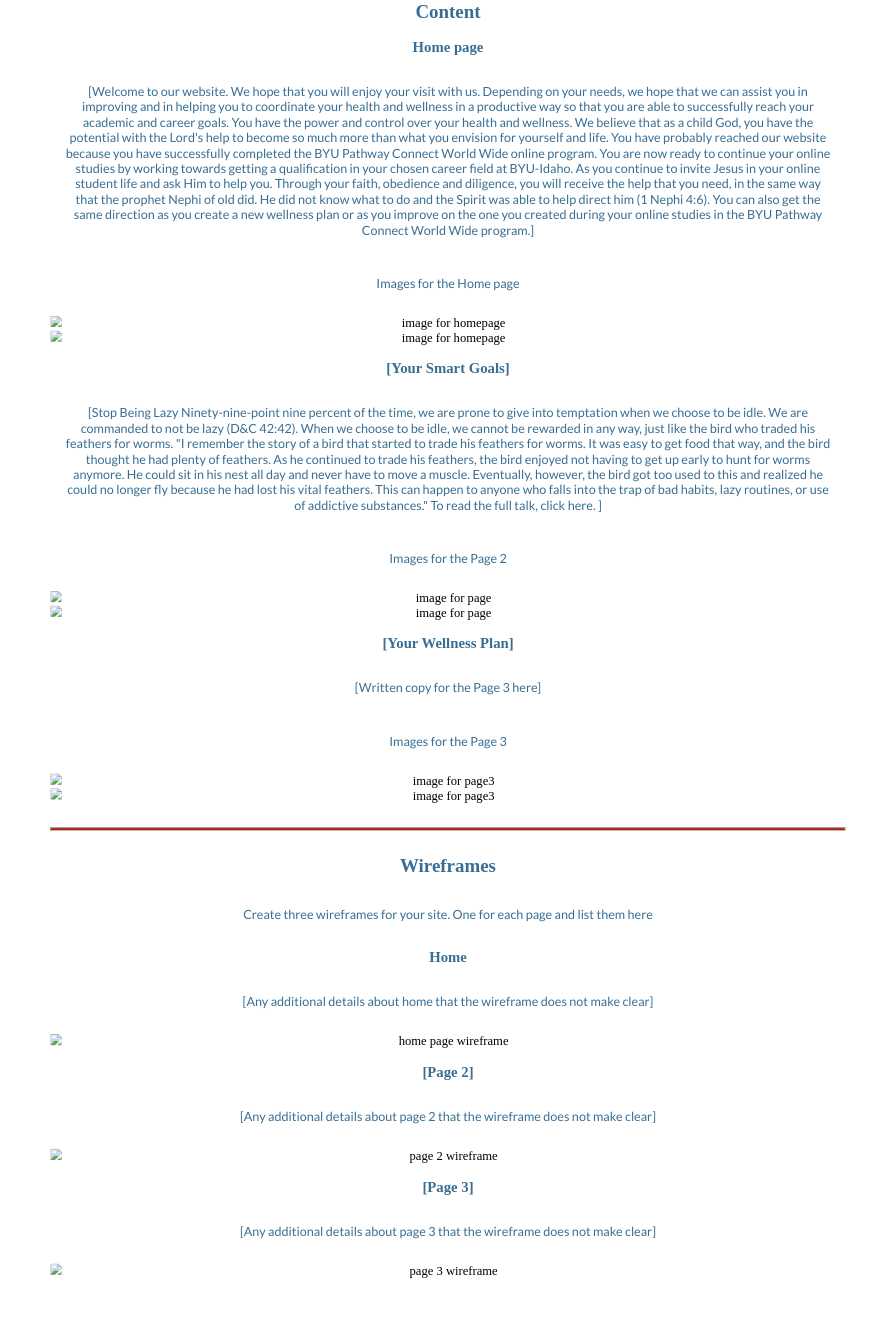
Repository: mszakutumela/wdd130
Page: wellness_plan/site-plan.html
These files come from the project's save history. The page is drawn as it stood at one moment and after the next save; the edit follows.
The browser window is 1280 px wide. The pictures show the part of the page from y = 2693 to 4613 px (the page is 4591 px tall before and 4613 px after), at 70% of full size.
Some web fonts or font styles are not loaded; a fallback is used.

Above is the page before, as saved 2023-07-14 22:38:33.

### wellness_plan/site-plan.html

<!DOCTYPE html>
<html lang="en-us">

  <head>
    <meta charset="utf-8">
    <title>Site Plan</title>
    <link type="text/css" rel="stylesheet" href="styles/site-plan.css">
  </head>

  <body>
    <header>
      <h1>[Wellness Plan] Site Plan</h1>
      <h2>Ayanda Ndlovu</h2>
      <h2>WDD 130-[W07-W08]</h2>
      <!-- In the header above, add the name or your site, your name and class number. For example if you are in section 3 you would put WDD 130.03 -->
    </header>
    <main>

      <!-- ------------------------Steps 2-3------------------------------ -->
      <hr>
      <h2>Overview</h2>
      <h3>Purpose</h3>
      <p>[The purpose of this website is to educate BYU Pathway World Wide online students around the world about a "Wellness Plan". For them <br>
        to know what it is and how it can help them. We know that furthering one's studies is not easy and it can <br>
        be very challenging. We are here help you create your own Wellness Plan for your academic and career success.]</p>  <!-- change this -->


      <h3>Audience</h3>
      <p>[BYU Pathway World Wide online students around the world who are studying to get a qualification for their chosen career path.]</p>  <!-- change this -->

      <hr>
      <h2>Branding</h2>
      <h3>Website Logo</h3>
      <!-- Replace this with some sort of logo for your site.  A logo can be as simple as the name of your site in a nice font :) -->
      <img src="images/logo 1.png" alt="Logo image">
      <hr>
      <h2>
        Style Guide
      </h2>

      <!-- ------------------------Steps 4-8------------------------------ -->

      <h3>
        Color Palette
      </h3>
      <!--  The colors you choose for a website are one of the most important decisions you will make. Follow the instructions on the activity in iLearn then return and replace the color codes below with the hex color codes (the 6 digit numbers that show at the bottom of each color) for the colors you have chosen below.  You should have at least 2 colors but do not have to fill in all 4 if you do not need them.  -->

      <!-- Copy and paste the URL to your finished palette below Make sure to paste it into both spots -->
      Palette URL: <a href="https://coolors.co/396e94-e7c24f-a43312-381d2a-aabd8c" target="_blank">https://coolors.co/396e94-e7c24f-a43312-381d2a-aabd8c</a>


      <table class="colors">
        <tr><th>Primary</th><th>Secondary</th><th>Accent 1</th><th>Accent 2</th></tr>
        <!-- Replace the numbers in the boxes below with your hex color codes. Then switch to the site-plan.css file and change your colors there as well. -->
        <tr><td class="primary">[#327570]</td><td class="secondary">[#b4f7f1]</td><td class="accent1">[#69f5ea]</td><td class="accent2">[#53c2b0]</td></tr>
      </table>

      <!-- ------------------------Step 9------------------------------ -->

      <h3>
        Typography
      </h3>
      <!-- Choose a font for your paragraphs (body copy) and headlines. What font(s) have you chosen? Why did you choose what you did?  Make sure to review the list of web safe fonts at W3Schools.org as a starting point.  Think also about which of your colors above you might use for background and font colors. -->

      <h4>
        Heading Font: [Arial]  <!-- change this -->
      </h4>
      <h4>
        Paragraph Font: [Tahoma]  <!-- change this -->
      </h4>
      <h3>
        Normal paragraph example
      </h3>
      <p>
        Lorem ipsum dolor sit amet, consectetur adipiscing elit, sed do eiusmod tempor incididunt ut labore et dolore magna aliqua. Ut enim ad minim veniam, quis nostrud exercitation ullamco laboris nisi ut aliquip ex ea commodo consequat. Duis aute irure dolor in reprehenderit in voluptate velit esse cillum dolore eu fugiat nulla pariatur. Excepteur sint occaecat cupidatat non proident, sunt in culpa qui officia deserunt mollit anim id est laborum.
      </p>
      <h3>
        Colored paragraph example
      </h3>
      <p class="colored">
        Lorem ipsum dolor sit amet, consectetur adipiscing elit, sed do eiusmod tempor incididunt ut labore et dolore magna aliqua. Ut enim ad minim veniam, quis nostrud exercitation ullamco laboris nisi ut aliquip ex ea commodo consequat.
      </p>

      <!-- ------------------------Step 10------------------------------ -->

      <h3>
        Navigation
      </h3>
      <!-- Think about how you want your navigation bar to look. In the site-plan.css file change the colors to your colors to get the look you desire. -->
      <nav>
        <a href="#">Home</a>
        <a href="#">Your Smart Goals </a>
        <a href="#">Your Wellness Plan</a>
      </nav>
      <hr>
      <h2>
        Site Map
      </h2>
      <div class="sitemap">
        <div class="sm-home">
          Home
        </div>
        <div class="sm-page2">
          [Your Smart Goals] <!-- change this -->
        </div>
        <div class="sm-page3">
          [Your Wellness Plan]  <!-- change this -->
        </div>

        <div class="top">
          &nbsp;
        </div>
        <div class="left">
          &nbsp;
        </div>
        <div class="right">
          &nbsp;
        </div>

      </div>

      <!-- --------Content Section -------------- -->
      <hr>
      <h2>
        Content
      </h2>
      <h3>Home page</h3>
      <p>
        [Welcome to our website. We hope that you will enjoy your visit with us.
        Depending on your needs, we hope that we can assist you in improving and
        in helping you to coordinate your health and wellness in a productive way
        so that you are able to successfully reach your academic and career goals.
        You have the power and control over your health and wellness. We believe
        that as a child God, you have the potential with the Lord's help to become
        so much more than what you envision for yourself and life.
        You have probably reached our website because you have successfully completed
        the BYU Pathway Connect World Wide online program. You are now ready to continue
        your online studies by working towards getting a qualification in your chosen career
        field at BYU-Idaho.
        As you continue to invite Jesus in your online student life and ask Him to help you.
        Through your faith, obedience and diligence, you will receive the help that you need,
        in the same way that the prophet Nephi of old did. He did not know what to do and the
        Spirit was able to help direct him (1 Nephi 4:6). You can also get the same direction
        as you create a new wellness plan or as you improve on the one you created during your
        online studies in the BYU Pathway Connect World Wide program.]
      </p>
      <p>Images for the Home page</p>
        <img src="#" alt="image for homepage">
        <img src="#" alt="image for homepage">

      </ul>
      <h3>[Your Smart Goals]</h3>
      <p>
        [Stop Being Lazy
        Ninety-nine-point nine percent of the time, we are prone to give into temptation when we choose
        to be idle. We are commanded to not be lazy (D&C 42:42). When we choose to be idle, we cannot be
        rewarded in any way, just like the bird who traded his feathers for worms.
        "I remember the story of a bird that started to trade his feathers for worms. It was easy to get
        food that way, and the bird thought he had plenty of feathers. As he continued to trade his feathers,
        the bird enjoyed not having to get up early to hunt for worms anymore. He could sit in his nest all day
        and never have to move a muscle. Eventually, however, the bird got too used to this and realized he could
        no longer fly because he had lost his vital feathers. This can happen to anyone who falls into the trap of
        bad habits, lazy routines, or use of addictive substances."
        To read the full talk, click here.
        ]
      </p>
      <p>Images for the Page 2</p>
        <img src="#" alt="image for page">
        <img src="#" alt="image for page">

      </ul>
      <h3>[Your Wellness Plan]</h3>
      <p>
        [Written copy for the Page 3 here]
      </p>
      <p>Images for the Page 3</p>
        <img src="#" alt="image for page3">
        <img src="#" alt="image for page3">

      </ul>
      <hr>
      <h2>
        Wireframes
      </h2>
      <p>
        Create three wireframes for your site. One for each page and list them here</p>

      <h3>Home</h3>
      <p>
        [Any additional details about home that the wireframe does not make clear]
      </p>
      <img src="#" alt="home page wireframe">

      <h3>[Page 2]</h3>
      <p>
        [Any additional details about page 2 that the wireframe does not make clear]
      </p>
      <img src="#" alt="page 2 wireframe">

      <h3>[Page 3]</h3>
      <p>
        [Any additional details about page 3 that the wireframe does not make clear]
      </p>
      <img src="#" alt="page 3 wireframe">
    </main>
  </body>

</html>

### wellness_plan/styles/site-plan.css
/* if you are using any Google fonts change the font names below to your fonts.
Any spaces in your font name should be replaced with a +.
Fonts are separated by a | */
@import url('https://fonts.googleapis.com/css?family=IM+Fell+French+Canon+SC|Lato');

:root {
  /* change the values below to your colors from your palette */
  --primary-color: #396E94   ;
  --secondary-color: #E7C24F ;
  --accent1-color: #A42212;
  --accent2-color: white;

  /* change the values below to your chosen font(s) */
  --heading-font: "IM Fell French Canon SC";
  --paragraph-font: Lato, Helvetica, sans-serif;

  /* these colors below should be chosen from among your palette colors above */
  --headline-color-on-white: #396E94;  /* headlines on a white background */
  --headline-color-on-color: white; /* headlines on a colored background */
  --paragraph-color-on-white: #396E94; /* paragraph text on a white background */
  --paragraph-color-on-color: white; /* paragraph text on a colored background */
  --paragraph-background-color: #396E94  ;
  --nav-link-color: #396E94;
  --nav-background-color: #D4AC0D;
  --nav-hover-link-color: white;
  --nav-hover-background-color: #396E94;
}


/*  Look around below...but DON'T CHANGE ANYTHING! */

body {
  max-width: 1200px;
  margin: 0 auto;
  padding: 4em;
  font-size: 18px;
  text-align: center;
}
img {
  display: block;
  margin: 0 auto;
}
h1, h2, h3, h4, h5, h6 {
  font-family: var(--heading-font);
  color: var(--headline-color-on-white);
}
h2 {
  text-align: center;
}
hr {
  height: 3px;
  margin: 35px 0;
  background: var(--accent1-color);
}
header {
  padding: 1em;
  text-align: center;
  color: var(--headline-color-on-color);
  background-color: var(--paragraph-background-color);
}
header > h1, header > h2 {
  color: var(--headline-color-on-color);
}

p {
  font-family: var(--paragraph-font);
  color: var(--paragraph-color-on-white);
  padding: 1em;
}
.colors {
  width: 100%;
  min-width: 350px;
  margin: 30px auto;
  text-align: center;
}
.colors th {
  background-color: #999;
}
.colors td{
  width: 25%;
  height: 3em;
}

.primary {
  background-color: #327570;
}
.secondary {
  background-color: #b4f7f1;
}
.accent1 {
  background-color: #69f5ea;
}
.accent2{
  background-color: var(#53c2b9);
}

p.colored {
  background-color: var(--paragraph-background-color);
  color: var(--paragraph-color-on-color);
}

nav {
  background-color: var(--nav-background-color);
  line-height: 3em;
  text-align: center;
  font-size: 1.2em;
}
nav  {
  list-style-type: none;
  display: flex;

}
nav a {
  padding:1em;
  min-width: 120px;
  text-decoration: none;
  padding: 10px;

}
nav a:link, nav a:visited {
  color: var(--nav-link-color);
}
nav a:hover {
  color: var(--nav-hover-link-color);
  background-color: var(--nav-hover-background-color);
}

.sitemap {
  display: grid;
  justify-content: center;

  grid-template-columns: repeat(6, 15%);
  grid-template-rows: 3em 1.5em 1.5em 3em;
  grid-template-areas: ". . home home . ."
    ". . . top . ."
    ". left left right right ."
    "page2 page2 . . page3 page3";
}
.sitemap > div {

  text-align: center;

}
.sm-home {
  grid-area: home;
  background-color: #ccc;
  line-height: 3em;
}
.sm-page2 {
  grid-area: page2;
  background-color: #ccc;
  line-height: 3em;
}
.sm-page3 {
  grid-area: page3;
  background-color: #ccc;
  line-height: 3em;
}

.top {
  grid-area: top;
  border-left: 1px solid;
}

.left {
  grid-area: left;
  border-top: 1px solid;
  border-left: 1px solid;
}

.right {
  grid-area: right;
  border-top: 1px solid;
  border-right: 1px solid;
}

After the next save:
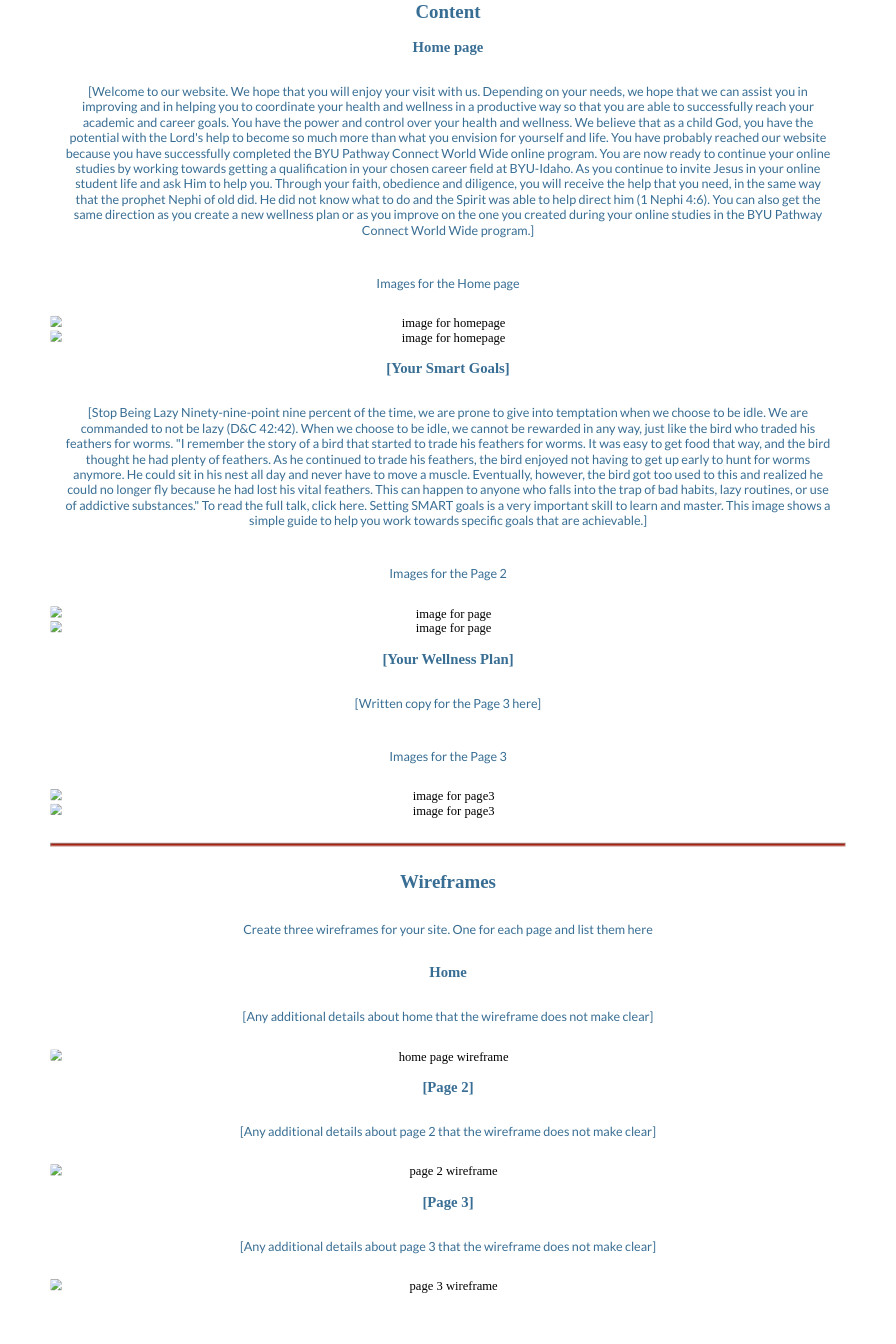
Saved 28 s later.
--- a/wellness_plan/site-plan.html
+++ b/wellness_plan/site-plan.html
@@ -163,7 +163,7 @@
         no longer fly because he had lost his vital feathers. This can happen to anyone who falls into the trap of
         bad habits, lazy routines, or use of addictive substances."
         To read the full talk, click here.
-        ]
+        Setting SMART goals is a very important skill to learn and master. This image shows a simple guide to help you work towards specific goals that are achievable.]
       </p>
       <p>Images for the Page 2</p>
         <img src="#" alt="image for page">
